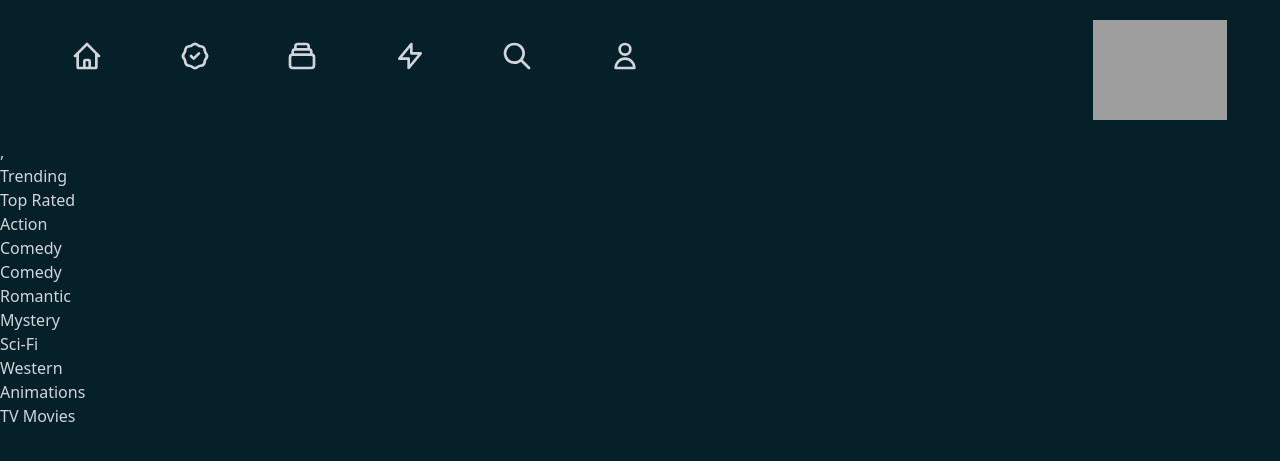
Repository: elaiken/hulu-yt-clone
Page: /
An editor plug-in stored every save of this project. The page is shown before and after the next save, followed by the edit.
The browser window is 1280 px wide. The pictures show the whole page.
Pictures or frames that could not be fetched are drawn as grey boxes. The project was rebuilt for these pictures with package versions that can differ from the ones it lists, and the page was loaded fresh each time. The framework's server and built-in components were replaced by stand-ins that run in the browser. Also part of the build but not shown: next.config.js.

Above is the page before, as saved 2021-11-10 10:03:07.

After the next save:
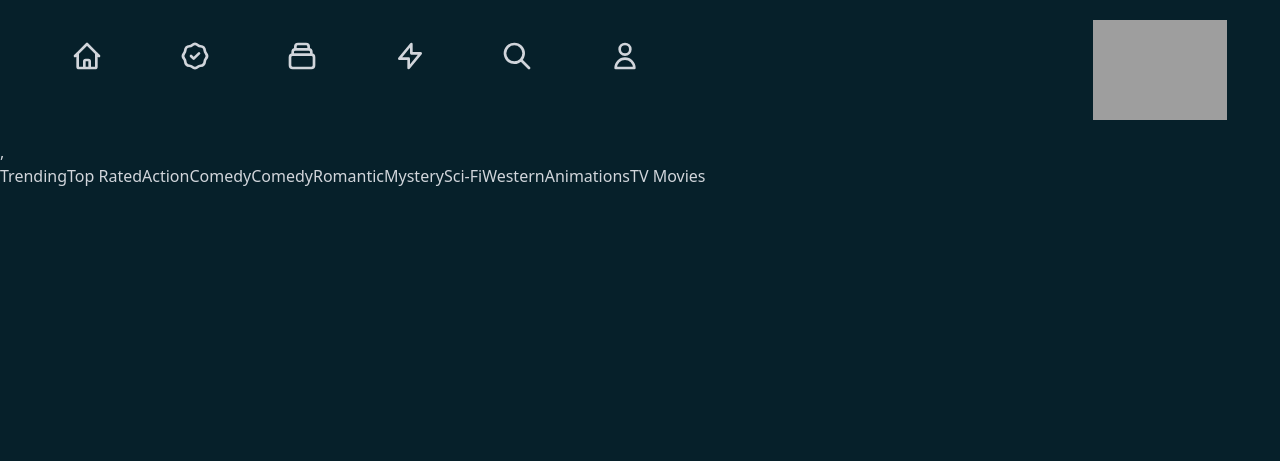
Saved 32 s later.
--- a/components/Nav.js
+++ b/components/Nav.js
@@ -2,7 +2,7 @@ import request from "../utlis/request"
 
 function Nav() {
     return (<nav>
-        <div className=""> {
+        <div className="flex"> {
             Object.entries(request).map(([
                 key, {
                     title,
